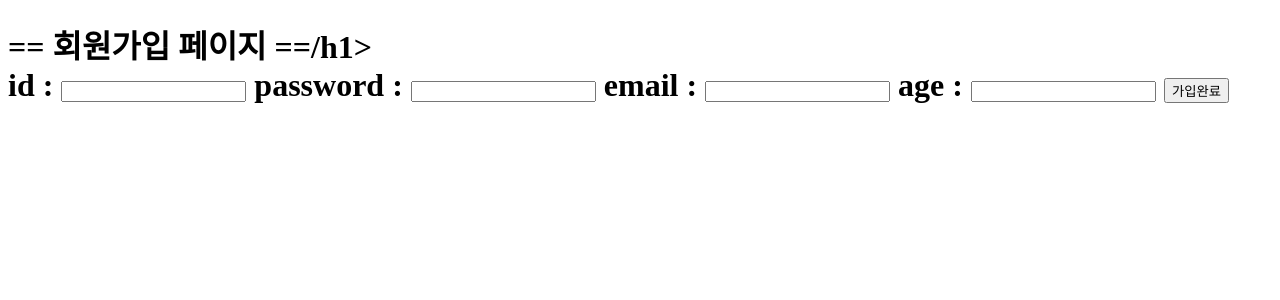
Repository: WoodongMaster/JSP_Workspace
Page: http://localhost/jsp_project2/member/join.jsp
The author's editor kept a copy of each file at every save. The page is drawn from the files as they stood at one save, then again after the next save.
The browser window is 1280 px wide. The pictures show the whole page.
The page is served by Tomcat 9.

Above is the page before, as saved 2023-05-12 03:21:18.

After the next save:
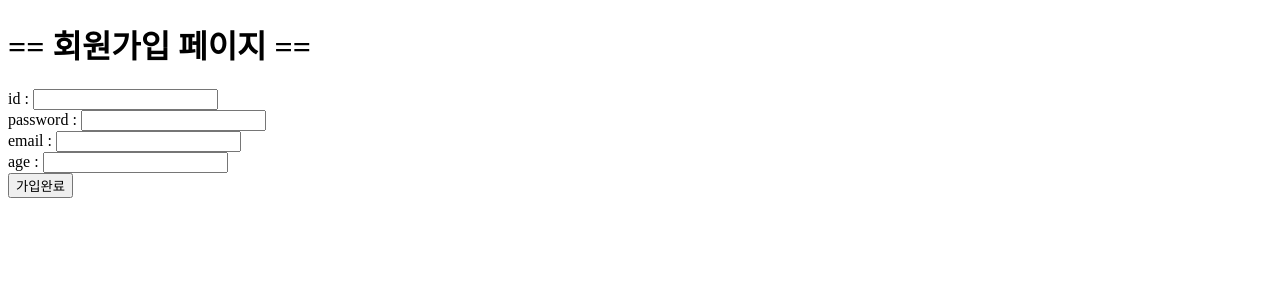
Saved 27 s later.
--- a/jsp_project2/jsp_project/jsp_project2/src/main/webapp/member/join.jsp
+++ b/jsp_project2/jsp_project/jsp_project2/src/main/webapp/member/join.jsp
@@ -7,12 +7,12 @@
 <title>join 회원가입 페이지</title>
 </head>
 <body>
-	<h1>== 회원가입 페이지 ==/h1>
+	<h1>== 회원가입 페이지 ==</h1>
 	<form action="" method="post">
-		id : <input type="text" name="id">
-		password : <input type="text" name="password">
-		email : <input type="text" name="email">
-		age : <input type="text" name="age">
+		id : <input type="text" name="id"> <br>
+		password : <input type="text" name="password"> <br>
+		email : <input type="text" name="email"> <br>
+		age : <input type="text" name="age"> <br>
 		<button type="submit">가입완료</button>
 	</form>
 </body>
